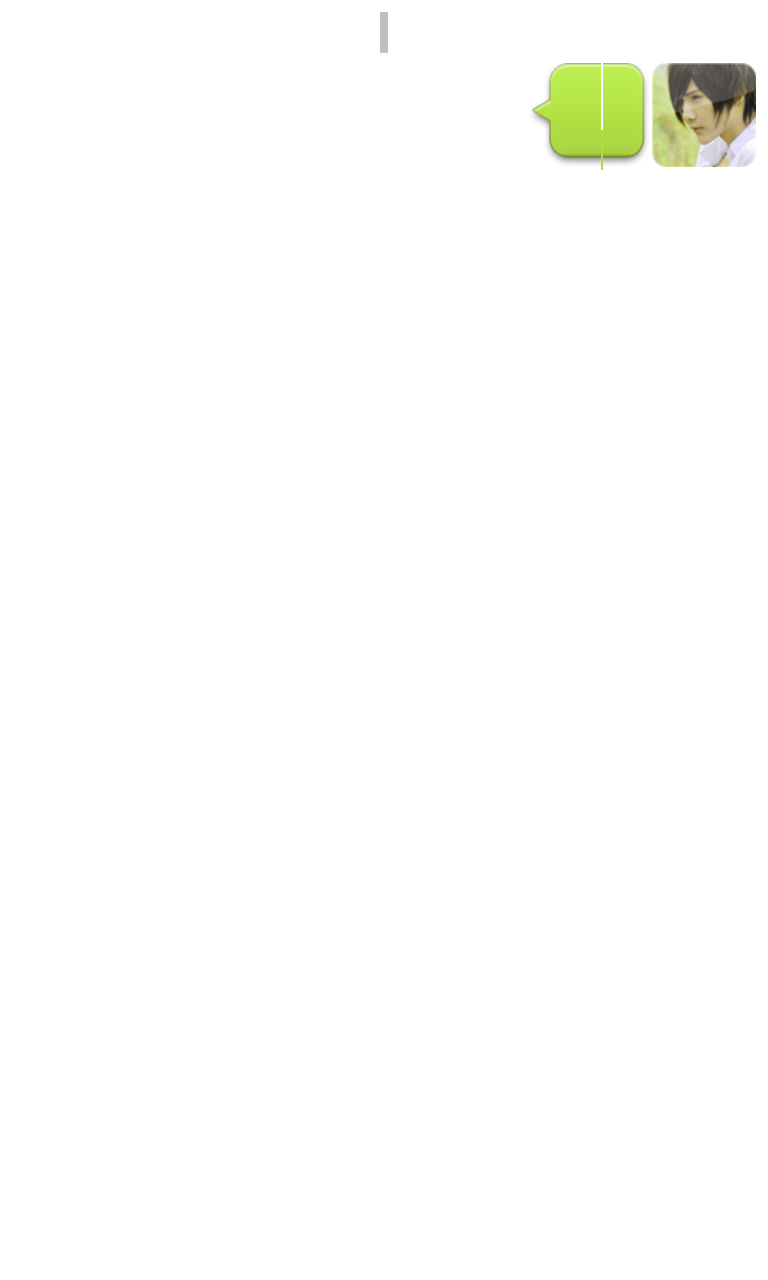
Repository: CiLiNet-Android/courseware
Layout: Android用户界面/TextView/SourceCodes/TextViewDemo/res/layout/include_weixinchart_right_item.xml
These files come from the project's save history. The layout is drawn as it stood at one moment and after the next save; the edit follows.
It is drawn on a 768 x 1280 px phone screen (xhdpi) without system bars, with theme AppTheme; the app's code is not run.

Above is the layout before, as saved 2013-12-24 07:49:09.

### Android用户界面/TextView/SourceCodes/TextViewDemo/res/layout/include_weixinchart_right_item.xml
<?xml version="1.0" encoding="utf-8"?>
<!-- 发送的一条聊天信息 -->
<LinearLayout xmlns:android="http://schemas.android.com/apk/res/android"
    android:layout_width="match_parent"
    android:layout_height="match_parent"
    android:orientation="vertical"
    android:padding="6dp">

    <!-- 信息顶部的发送时间 -->
    <LinearLayout
        android:layout_width="match_parent"
        android:layout_height="wrap_content"
        android:gravity="center_horizontal"
        android:orientation="vertical" >

        <TextView
            style="@style/chat_text_date_style"
            android:layout_width="wrap_content"
            android:layout_height="wrap_content"
            android:id="@+id/txtV_sentTime"/>

    </LinearLayout>

    <!-- 头像  + 聊天记录 -->
    <RelativeLayout
        android:layout_width="fill_parent"
        android:layout_height="wrap_content"
        android:layout_marginLeft="5dp"
        android:layout_marginTop="5dp" >

        <!-- 头像 -->
        <ImageView
            android:layout_width="52dp"
            android:layout_height="52dp"
            android:layout_alignParentRight="true"
            android:layout_alignParentTop="true"
            android:background="@drawable/shuaige"
            android:clickable="true"
            android:id="@+id/imgV_sentUserHead"/>

        <!-- 聊天信息 -->
        <TextView
            android:layout_width="wrap_content"
            android:layout_height="wrap_content"
            android:layout_marginLeft="10dp"
            android:layout_toLeftOf="@id/imgV_sentUserHead"
            android:background="@drawable/chatfrom_bg"
            style="@style/chat_content_date_style"
            android:id="@+id/txtV_sentChatContent"/>

        <TextView
            android:layout_width="wrap_content"
            android:layout_height="wrap_content"
            android:layout_alignParentLeft="true"
            android:layout_below="@id/imgV_sentUserHead"
            android:layout_toLeftOf="@id/txtV_sentChatContent"
            style="@style/chat_text_name_style"
            android:id="@+id/tv_sentUserName"/>

    </RelativeLayout>


</LinearLayout>

### Android用户界面/TextView/SourceCodes/TextViewDemo/res/values/styles.xml
<resources>
    <style name="AppBaseTheme" parent="android:Theme.Light" />

    <!-- Application theme. -->
    <style name="AppTheme" parent="AppBaseTheme" />

    <!-- 日期样式 -->
    <style name="chat_text_date_style">
	    <item name="android:padding">2dp</item>
		<item name="android:textColor">#ffffff</item>
		<item name="android:textSize">12sp</item>
		<item name="android:background">#bfbfbf</item>
	</style>

    <!-- 聊天信息 -->
    <style name="chat_content_date_style">
	    <item name="android:minHeight">50dp</item>
	    <item name="android:gravity">left|center</item>
		<item name="android:textColor">#000000</item>
		<item name="android:textSize">15sp</item>
		<item name="android:lineSpacingExtra">2dp</item>
		<item name="android:clickable">true</item>
		<item name="android:focusable">true</item>
		<item name="android:background">#bfbfbf</item>
	</style>

    <!-- 发信人 -->
    <style name="chat_text_name_style">
		<item name="android:textColor">#818181</item>
		<item name="android:textSize">15sp</item>
		<item name="android:gravity">center</item>
	</style>

</resources>

### Android用户界面/TextView/SourceCodes/TextViewDemo/res/drawable/chatto_bg.xml
<?xml version="1.0" encoding="utf-8"?>
<selector xmlns:android="http://schemas.android.com/apk/res/android" >
    <item android:state_focused="true" android:drawable="@drawable/chatto_bg_focused" />
    <item android:state_pressed="true" android:drawable="@drawable/chatto_bg_pressed" />
    <item android:state_selected="true" android:drawable="@drawable/chatto_bg_focused" />

    <item android:drawable="@drawable/chatto_bg_normal" />

</selector>

Loaded but not shown: Android用户界面/TextView/SourceCodes/TextViewDemo/res/drawable/chatfrom_bg.xml (common file)

After the next save:
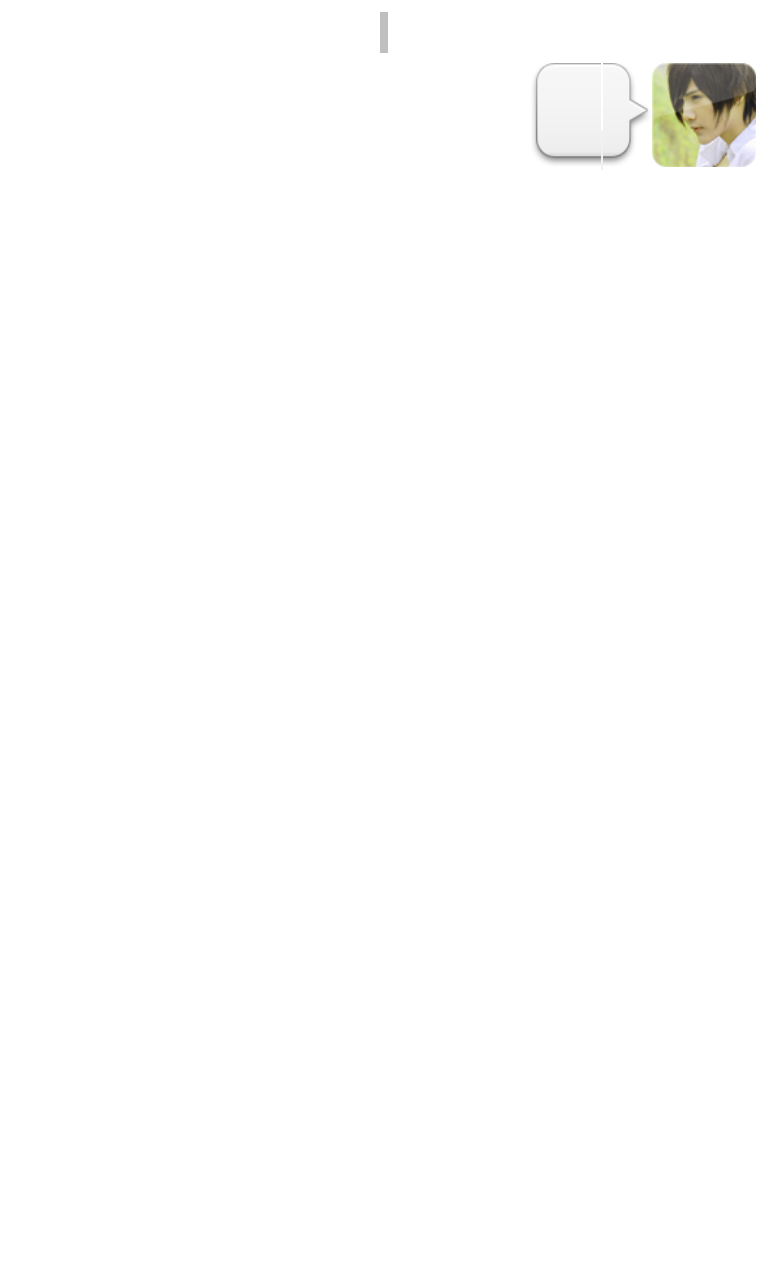
Saved 43 s later.
--- a/Android用户界面/TextView/SourceCodes/TextViewDemo/res/layout/include_weixinchart_right_item.xml
+++ b/Android用户界面/TextView/SourceCodes/TextViewDemo/res/layout/include_weixinchart_right_item.xml
@@ -44,7 +44,7 @@
             android:layout_height="wrap_content"
             android:layout_marginLeft="10dp"
             android:layout_toLeftOf="@id/imgV_sentUserHead"
-            android:background="@drawable/chatfrom_bg"
+            android:background="@drawable/chatto_bg"
             style="@style/chat_content_date_style"
             android:id="@+id/txtV_sentChatContent"/>
 
